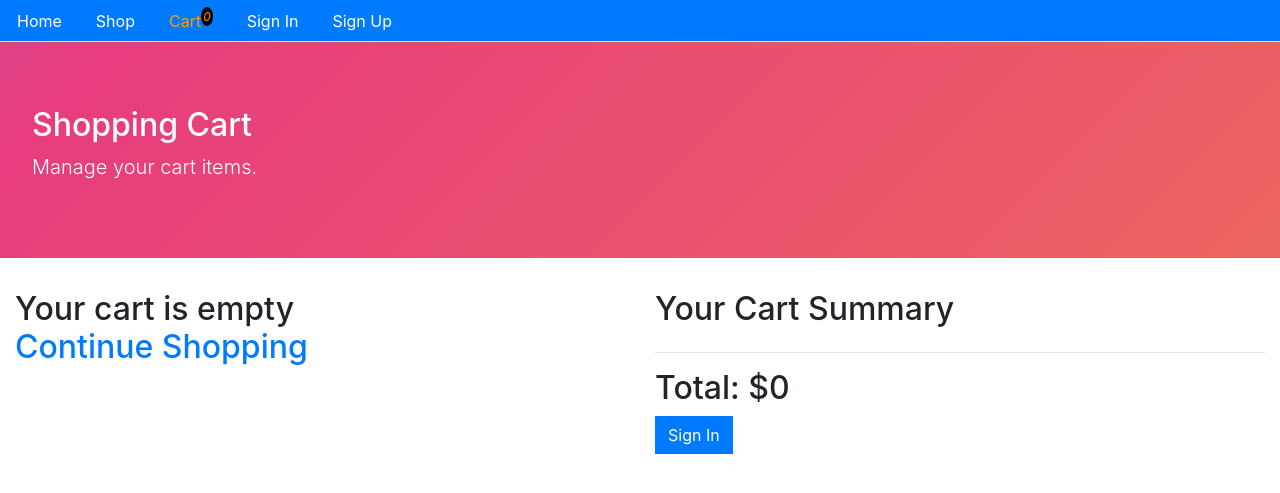
Repository: pragnyatata/Ecommerce
Page: /cart (app in ecommerce-front/)
These files come from the project's save history. The page is drawn as it stood at one moment and after the next save; the edit follows.
The browser window is 1280 px wide. The pictures show the whole page.
The project was rebuilt for these pictures with package versions that can differ from the ones it lists, and the page was loaded fresh each time. Also part of the build but not shown: ecommerce-front/src/user/Signup.js, ecommerce-front/src/user/Signin.js, ecommerce-front/src/core/ShowImage.js, ecommerce-front/src/core/Card.js, ecommerce-front/src/core/Search.js, ecommerce-front/src/core/Home.js, ecommerce-front/src/auth/PrivateRoute.js, ecommerce-front/src/user/UserDashboard.js and 10 more.

Above is the page before, as saved 2020-01-23 01:52:42.

After the next save:
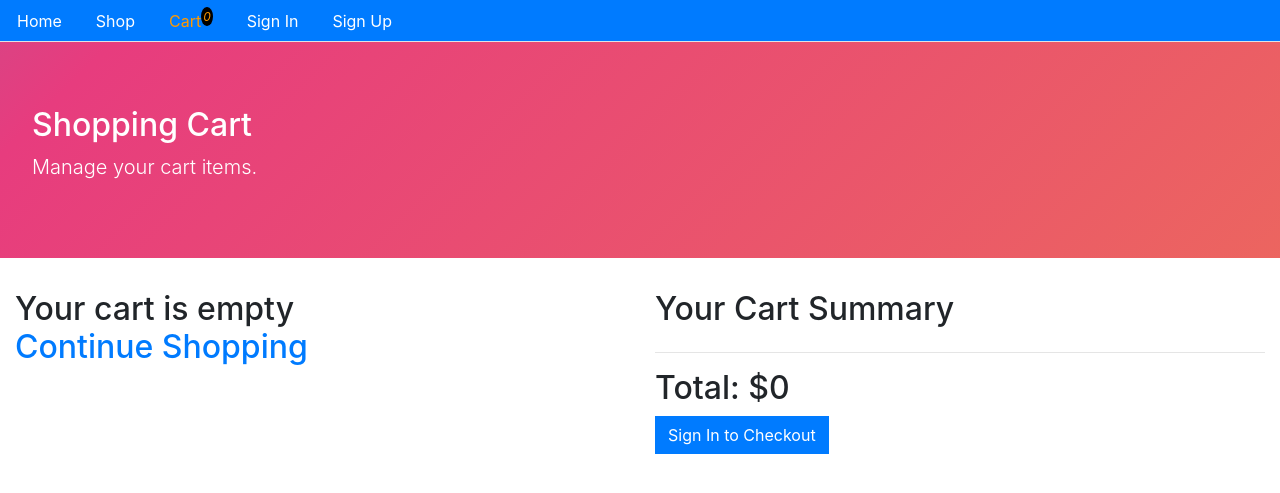
Saved 40 s later.
--- a/ecommerce-front/src/core/Checkout.js
+++ b/ecommerce-front/src/core/Checkout.js
@@ -17,7 +17,7 @@ const Checkout = ({ products }) => {
         <button className="btn btn-success">Checkout</button>
       ) : (
         <Link to="/signin">
-          <button className="btn btn-primary">Sign In</button>
+          <button className="btn btn-primary">Sign In to Checkout</button>
         </Link>
       )}
     </div>
